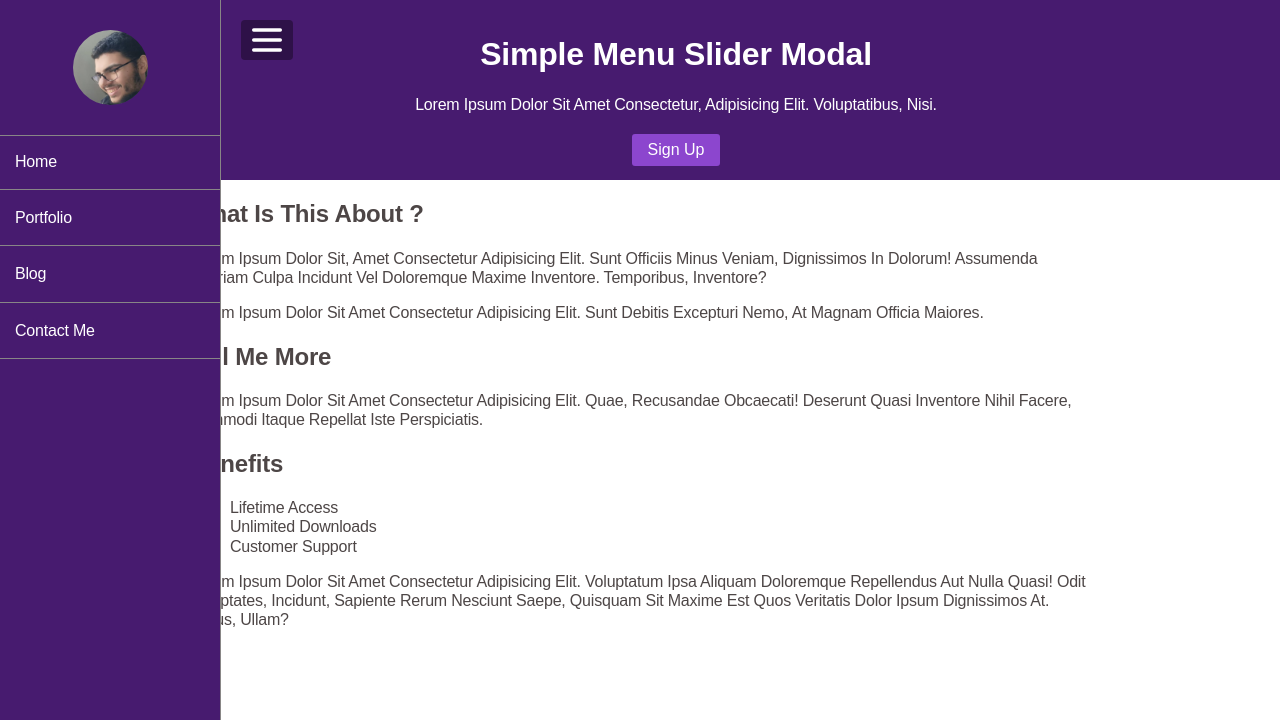
Repository: lilo750/Menu-Slider-modal
Page: index.html
The author's editor kept a copy of each file at every save. The page is drawn from the files as they stood at one save, then again after the next save.
The browser window is 1280 px wide. The pictures show the whole page.
After loading, the first visible `#burger-btn` was clicked once.

Above is the page before, as saved 2024-01-17 10:36:29.

### index.html
<!DOCTYPE html>
<html lang="en">
    <head>
        <meta charset="UTF-8" />
        <meta name="viewport" content="width=device-width, initial-scale=1.0" />
        <title>menu-slider-modal</title>
        <script defer src="assets/logic.js"></script>
        <link rel="stylesheet" href="assets/style.css" />
    </head>
    <body>
        <div class="left-menu">
            <aside>
                <div id="profile-img">
                    <img
                        src="assets/visuals/profile-img.jpg"
                        alt="profile image"
                    />
                </div>
                <ul>
                    <li><a href="#">home</a></li>
                    <li><a href="#">portfolio</a></li>
                    <li><a href="#">blog</a></li>
                    <li><a href="#">contact me</a></li>
                </ul>
            </aside>

            <button id="burger-btn">
                <img
                    src="assets/visuals/burger-menu-svgrepo-com.svg"
                    alt="burger icon"
                />
            </button>
        </div>
        <div class="container">
            <header>
                <div class="heading">
                    <h1>Simple Menu slider Modal</h1>
                    <p>
                        Lorem ipsum dolor sit amet consectetur, adipisicing
                        elit. Voluptatibus, nisi.
                    </p>
                    <button id="signUp-btn">Sign Up</button>
                </div>
            </header>

            <main>
                <h2>what is this about ?</h2>
                <p>
                    Lorem ipsum dolor sit, amet consectetur adipisicing elit.
                    Sunt officiis minus veniam, dignissimos in dolorum!
                    Assumenda aperiam culpa incidunt vel doloremque maxime
                    inventore. Temporibus, inventore?
                </p>
                <p>
                    Lorem ipsum dolor sit amet consectetur adipisicing elit.
                    Sunt debitis excepturi nemo, at magnam officia maiores.
                </p>
                <h2>tell me more</h2>
                <p>
                    Lorem ipsum dolor sit amet consectetur adipisicing elit.
                    Quae, recusandae obcaecati! Deserunt quasi inventore nihil
                    facere, commodi itaque repellat iste perspiciatis.
                </p>
                <h2>benefits</h2>
                <ul>
                    <li>lifetime access</li>
                    <li>unlimited downloads</li>
                    <li>customer support</li>
                </ul>
                <p>
                    Lorem ipsum dolor sit amet consectetur adipisicing elit.
                    Voluptatum ipsa aliquam doloremque repellendus aut nulla
                    quasi! Odit voluptates, incidunt, sapiente rerum nesciunt
                    saepe, quisquam sit maxime est quos veritatis dolor ipsum
                    dignissimos at. Minus, ullam?
                </p>
            </main>
        </div>
        <!-- ./container -->

        <div class="modal">
            <header>
                <span>Sign Up</span>
                <button id="close-btn">
                    <img
                        src="assets/visuals/close-icon.svg"
                        alt="burger icon"
                    />
                </button>
            </header>
            <form>
                <p>Register with us to get offers. support and more</p>
                <div class="form-control">
                    <label for="name">Name</label>
                    <input id="name" type="text" required />
                </div>
                <div class="form-control">
                    <label for="mail">Email</label>
                    <input id="mail" type="email" required />
                </div>
                <div class="form-control">
                    <label for="pass">Password</label>
                    <input id="pass" type="password" required />
                </div>
                <div class="form-control">
                    <label for="cpass">Confirm Password</label>
                    <input id="cpass" type="password" required />
                </div>

                <button id="submit-btn" type="submit">submit</button>
            </form>
        </div>
    </body>
</html>

### assets/logic.js
const signUpBtn = document.getElementById('signUp-btn');
const closeBtn = document.getElementById('close-btn');
const modal = document.querySelector('.modal');
const container = document.querySelector('.container');
const burgerBtn = document.getElementById('burger-btn');
const menu = document.querySelector('aside');

const openModalHandler = (event) => {
    event.stopPropagation(); // Stop the event from propagating to the container
    modal.style.pointerEvents = 'auto';
    modal.style.visibility = 'visible';
    modal.style.opacity = '1';
};

const closeModalHandler = () => {
    modal.style.pointerEvents = 'none';
    modal.style.visibility = 'hidden';
    modal.style.opacity = '0';
};

const modalOverlayHandler = () => {
    if (modal.style.visibility === 'visible') {
        closeModalHandler();
    }
};

const menuHandler = () => {
    menu.style.display = 'block';
};

container.addEventListener('click', modalOverlayHandler);
signUpBtn.addEventListener('click', openModalHandler);
closeBtn.addEventListener('click', closeModalHandler);
burgerBtn.addEventListener('click', menuHandler);

### assets/style.css
html {
    font-family: sans-serif;
    letter-spacing: -0.2px;
    color: #4d4646;
}

body {
    height: 100vh;
    margin: 0;
    padding: 0;
    text-transform: capitalize;
    line-height: 1.2;
}

.left-menu {
    position: absolute;
    display: flex;

    & aside {
        height: 100vh;
        display: none;
        background-color: rgb(71, 27, 111);
        width: 220px;
        border-right: 1px solid #888686;

        #profile-img {
            display: flex;
            align-items: center;
            justify-content: center;
            padding-block: 30px;
            border-bottom: 1px solid #888686;

            & img {
                width: 75px;
                height: 75px;
                border-radius: 50%;
            }
        }

        & ul {
            list-style: none;
            display: flex;
            flex-direction: column;
            padding-inline: 0;

            & li {
                border-bottom: 1px solid #888686;
                padding-block: 18px;
                padding-left: 15px;

                & a {
                    display: block;
                    width: 100%;
                    color: #fff;
                    font-weight: 500;
                    text-decoration: none;
                    cursor: pointer;
                }
            }

            & li:first-child {
                padding-top: 0;
            }
        }
    }

    #burger-btn {
        display: flex;
        align-items: center;
        justify-content: center;
        height: 40px;
        background-color: rgb(46, 17, 72);
        border: none;
        cursor: pointer;
        position: relative;
        left: 20px;
        top: 20px;
        border-radius: 4px;
    }
}

.container {
    display: flex;
    flex-direction: column;

    & header {
        background-color: rgb(71, 27, 111);
        color: #fff;
        text-align: center;
        padding: 14px 8px;
        padding-left: 80px;

        #signUp-btn {
            background-color: rgb(140, 70, 206);
            color: inherit;
            border: 0;
            outline: 2px;
            padding: 7px 16px;
            border-radius: 3px;
            cursor: pointer;
            font-size: 16px;
        }

        & p {
            margin-bottom: 20px;
        }
    }

    & main {
        max-width: 900px;
        align-self: center;
        padding-inline: 20px;
    }
}

.modal {
    visibility: hidden;
    pointer-events: none;
    width: 370px;
    background-color: #fff;
    border-radius: 3px;
    box-shadow: 1px 3px 17px 8px #bab4b4;
    position: absolute;
    left: 50%;
    top: 41%;
    transform: translate(-50%, -50%);
    transition: opacity 0.3s ease-in-out;

    & header {
        background-color: rgb(94, 36, 147);
        display: flex;
        justify-content: space-between;
        align-items: center;
        padding: 8px;
        margin-bottom: 32px;

        & span {
            color: #fff;
            font-weight: 600;
            font-size: 16px;
        }

        #close-btn {
            background-color: transparent;
            border: none;
            cursor: pointer;
            color: #fff;
        }
    }

    & form {
        padding-bottom: 18px;

        & p {
            font-size: 15px;
            font-weight: 600;
        }

        padding-inline: 18px;

        .form-control {
            display: flex;
            flex-direction: column;
            row-gap: 8px;
            margin-bottom: 12px;

            & input {
                padding: 8px;
                border: 1px solid #bab4b4;
                outline: none;
            }
        }

        #submit-btn {
            background-color: rgb(140, 70, 206);
            color: #fff;
            border: 0;
            outline: 2px;
            padding: 7px 16px;
            border-radius: 4px;
            cursor: pointer;
            font-size: 16px;
        }
    }
}

### assets/visuals/burger-menu-svgrepo-com.svg
<?xml version="1.0" encoding="utf-8"?><!-- Uploaded to: SVG Repo, www.svgrepo.com, Generator: SVG Repo Mixer Tools -->
<svg width="40px" height="40px" viewBox="0 0 24 24" fill="none" xmlns="http://www.w3.org/2000/svg">
<path d="M4 18L20 18" stroke="#ffff" stroke-width="2" stroke-linecap="round"/>
<path d="M4 12L20 12" stroke="#ffff" stroke-width="2" stroke-linecap="round"/>
<path d="M4 6L20 6" stroke="#ffff" stroke-width="2" stroke-linecap="round"/>
</svg>

### assets/visuals/close-icon.svg
<?xml version="1.0"?><svg xmlns="http://www.w3.org/2000/svg" viewBox="0 0 30 30" width="22px" height="22px">    <path d="M 7 4 C 6.744125 4 6.4879687 4.0974687 6.2929688 4.2929688 L 4.2929688 6.2929688 C 3.9019687 6.6839688 3.9019687 7.3170313 4.2929688 7.7070312 L 11.585938 15 L 4.2929688 22.292969 C 3.9019687 22.683969 3.9019687 23.317031 4.2929688 23.707031 L 6.2929688 25.707031 C 6.6839688 26.098031 7.3170313 26.098031 7.7070312 25.707031 L 15 18.414062 L 22.292969 25.707031 C 22.682969 26.098031 23.317031 26.098031 23.707031 25.707031 L 25.707031 23.707031 C 26.098031 23.316031 26.098031 22.682969 25.707031 22.292969 L 18.414062 15 L 25.707031 7.7070312 C 26.098031 7.3170312 26.098031 6.6829688 25.707031 6.2929688 L 23.707031 4.2929688 C 23.316031 3.9019687 22.682969 3.9019687 22.292969 4.2929688 L 15 11.585938 L 7.7070312 4.2929688 C 7.5115312 4.0974687 7.255875 4 7 4 z"/></svg>

After the next save:
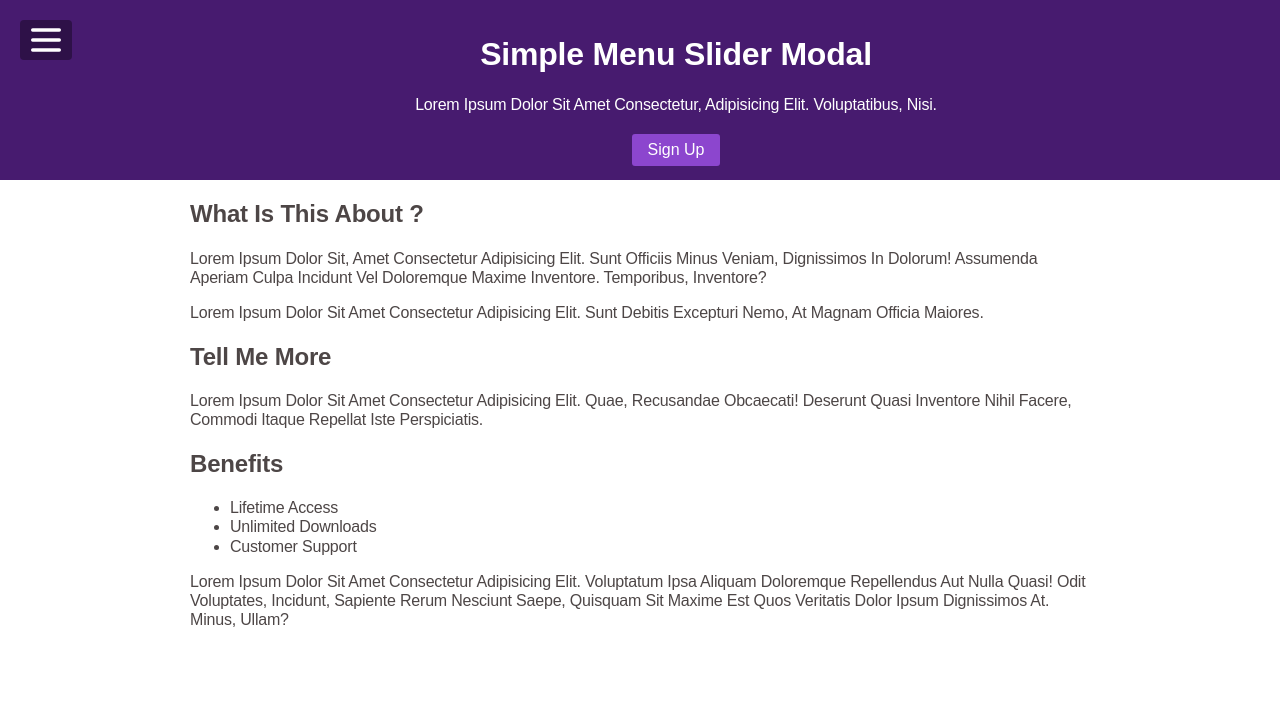
Saved 67 s later.
--- a/assets/logic.js
+++ b/assets/logic.js
@@ -25,7 +25,8 @@
 };
 
 const menuHandler = () => {
-    menu.style.display = 'block';
+    if ((menu.style.display = 'block')) menu.style.display = 'none';
+    else menu.style.display = 'block';
 };
 
 container.addEventListener('click', modalOverlayHandler);

After the 2 saves that followed:
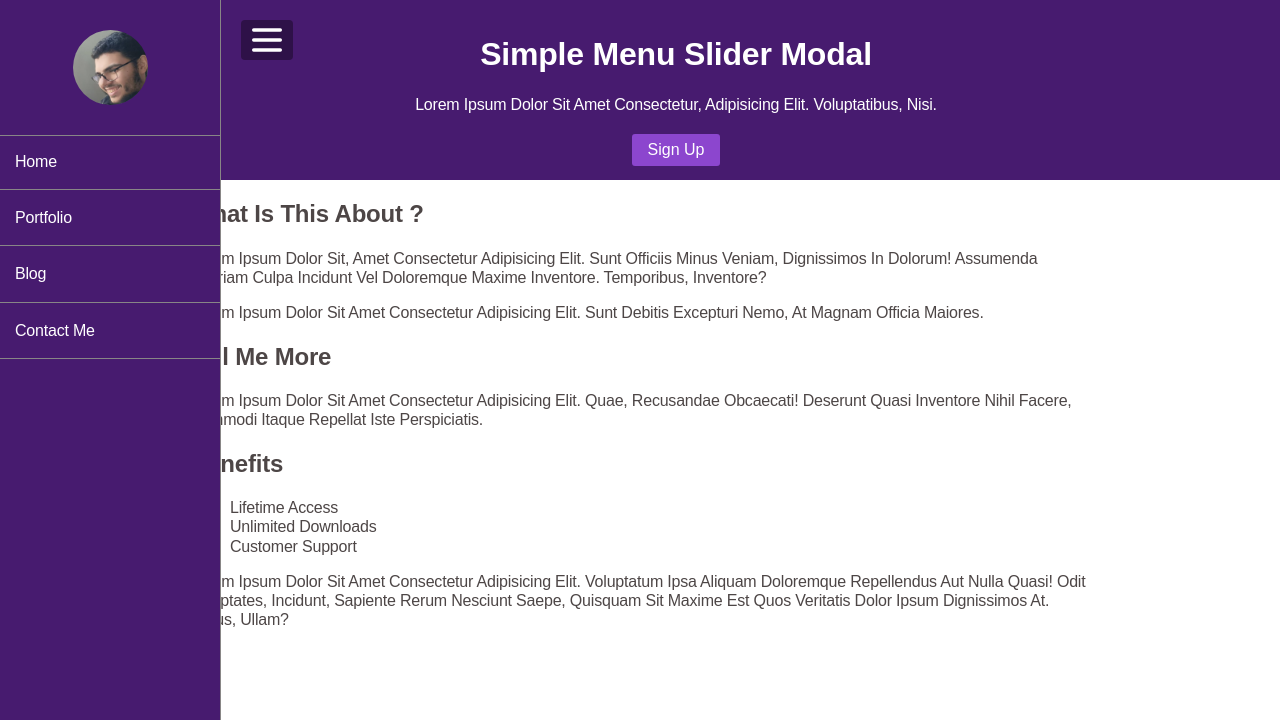
The 2 saves are shown as one change because 1 left the picture as it was.
The last was saved 88 s later.
--- a/assets/logic.js
+++ b/assets/logic.js
@@ -25,8 +25,13 @@
 };
 
 const menuHandler = () => {
-    if ((menu.style.display = 'block')) menu.style.display = 'none';
-    else menu.style.display = 'block';
+    if ((menu.style.display = 'block')) {
+        // menu.style.display = 'none';
+        console.log('i am opened now');
+    } else {
+        // menu.style.display = 'block';
+        console.log('i am closed now');
+    }
 };
 
 container.addEventListener('click', modalOverlayHandler);
